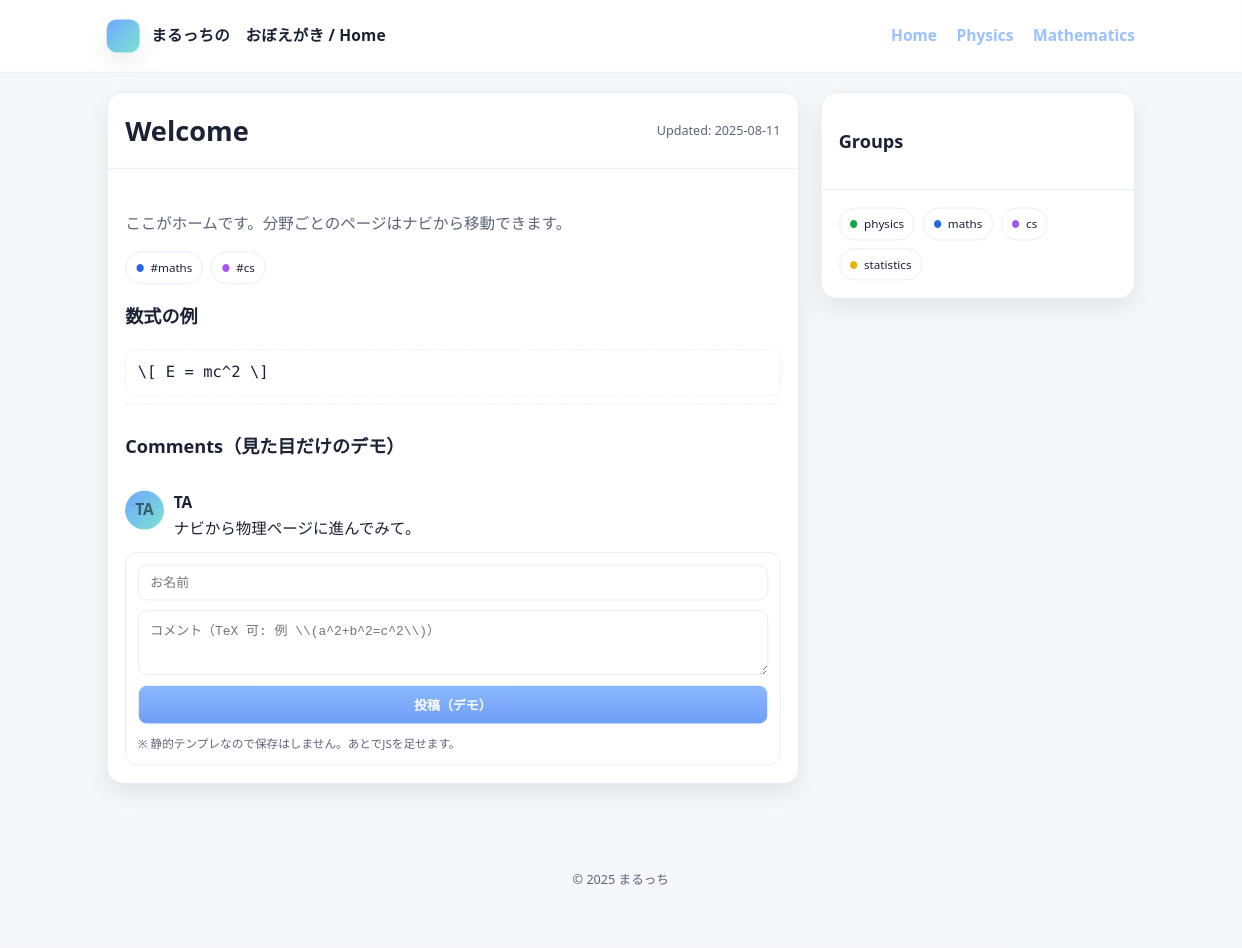
Repository: Riki-Mochimaru/tureduretunedune
Page: index.html
An editor plug-in stored every save of this project. The page is shown before and after the next save, followed by the edit.
The browser window is 1280 px wide. The pictures show the whole page, at 97% of full size.

Above is the page before, as saved 2025-08-11 19:56:22.

After the next save:
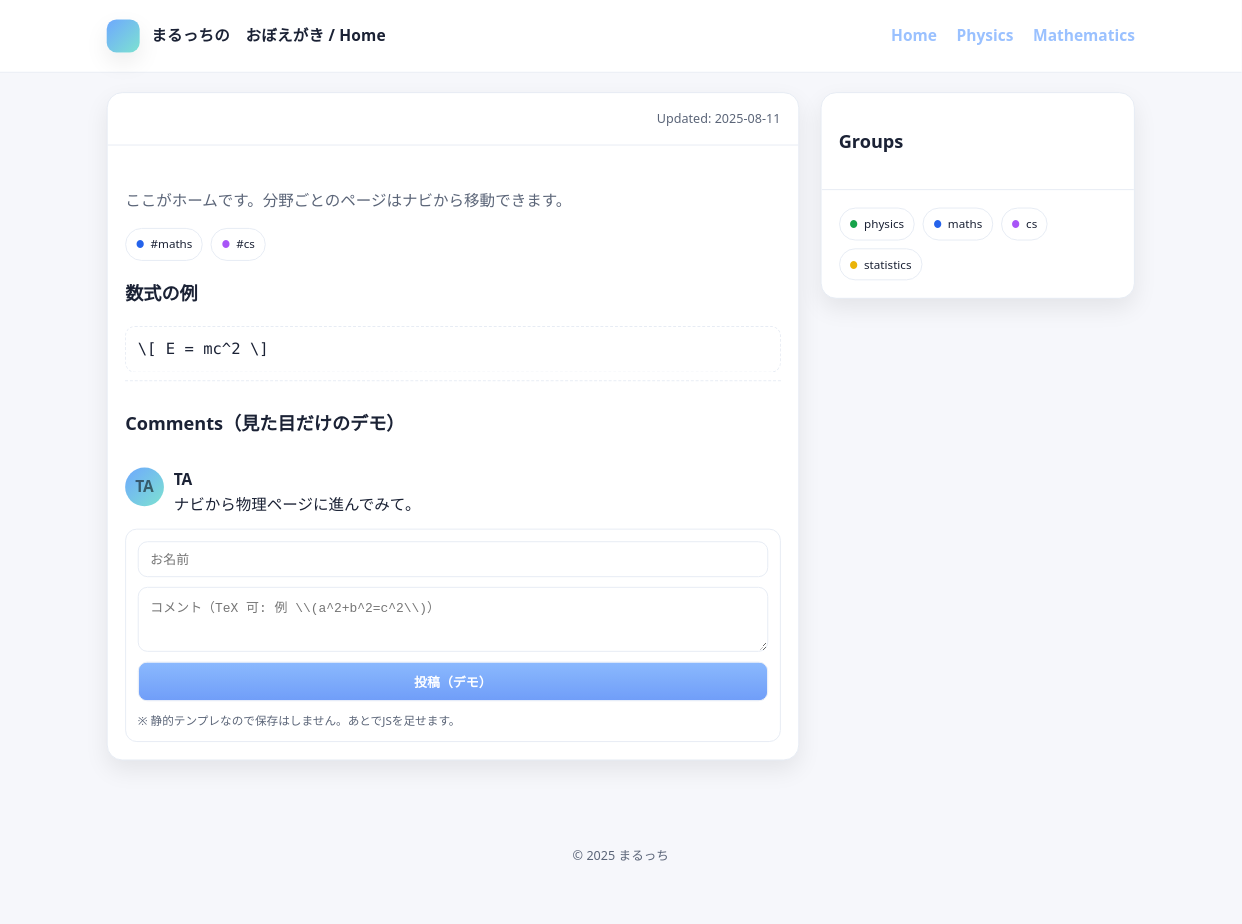
Saved 105 s later.
--- a/index.html
+++ b/index.html
@@ -23,7 +23,7 @@
       <div>
         <article class="card post">
           <div class="hd">
-            <h2>Welcome</h2>
+            <h2></h2>
             <div class="meta"><span>Updated: <time datetime="2025-08-11">2025-08-11</time></span></div>
           </div>
           <div class="bd">

After the save that followed:
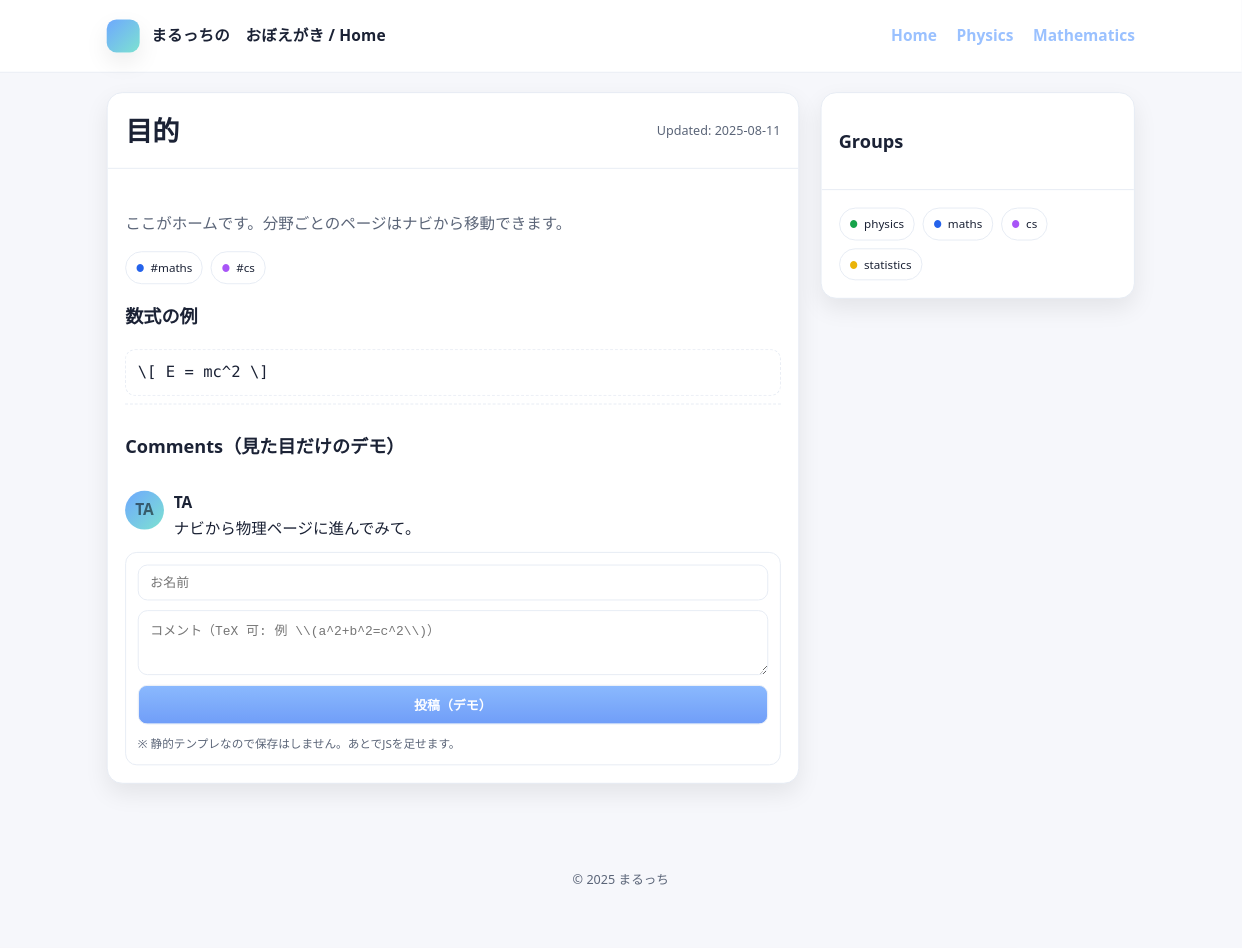
Saved 24 s later.
--- a/index.html
+++ b/index.html
@@ -23,7 +23,7 @@
       <div>
         <article class="card post">
           <div class="hd">
-            <h2></h2>
+            <h2>目的</h2>
             <div class="meta"><span>Updated: <time datetime="2025-08-11">2025-08-11</time></span></div>
           </div>
           <div class="bd">
